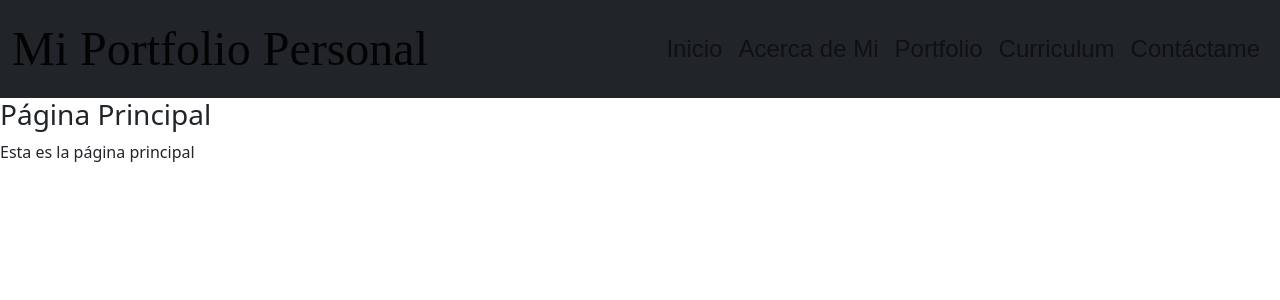
Repository: AlejandroJesusSerrano/portfolio
Page: http://localhost/
The author's editor kept a copy of each file at every save. The page is drawn from the files as they stood at one save, then again after the next save.
The browser window is 1280 px wide. The pictures show the whole page.
Some web fonts or font styles are not loaded; a fallback is used. The page is served by the project's application, run on Django 4.2 (manage.py).

Above is the page before, as saved 2023-09-05 15:14:20.

After the next save:
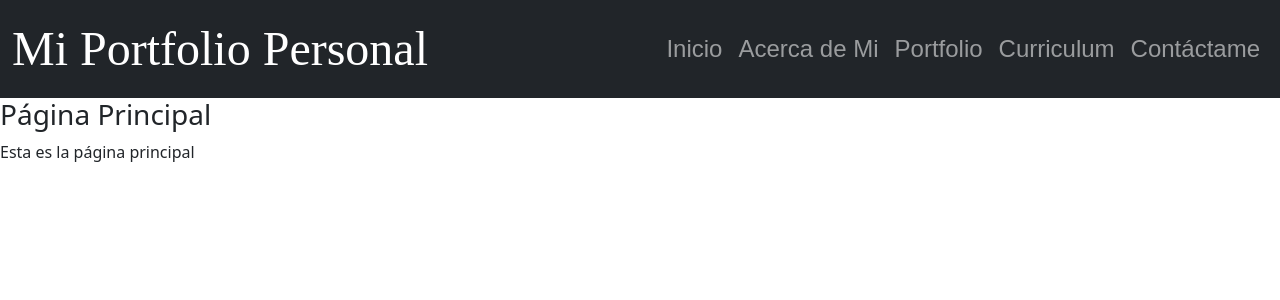
Saved 33 s later.
--- a/portfolio/core/templates/core/base.html
+++ b/portfolio/core/templates/core/base.html
@@ -13,7 +13,7 @@
 
 <body>
   <!-- HEADER -->
-  <nav class="navbar navbar-expand-lg bg-dark">
+  <nav class="navbar navbar-expand-lg navbar-dark bg-dark">
     <div class="container-fluid">
       <a class="navbar-brand brand" href={% url 'home' %}>Mi Portfolio Personal</a>
       <button class="navbar-toggler" type="button" data-bs-toggle="collapse" data-bs-target="#navbarNav"
